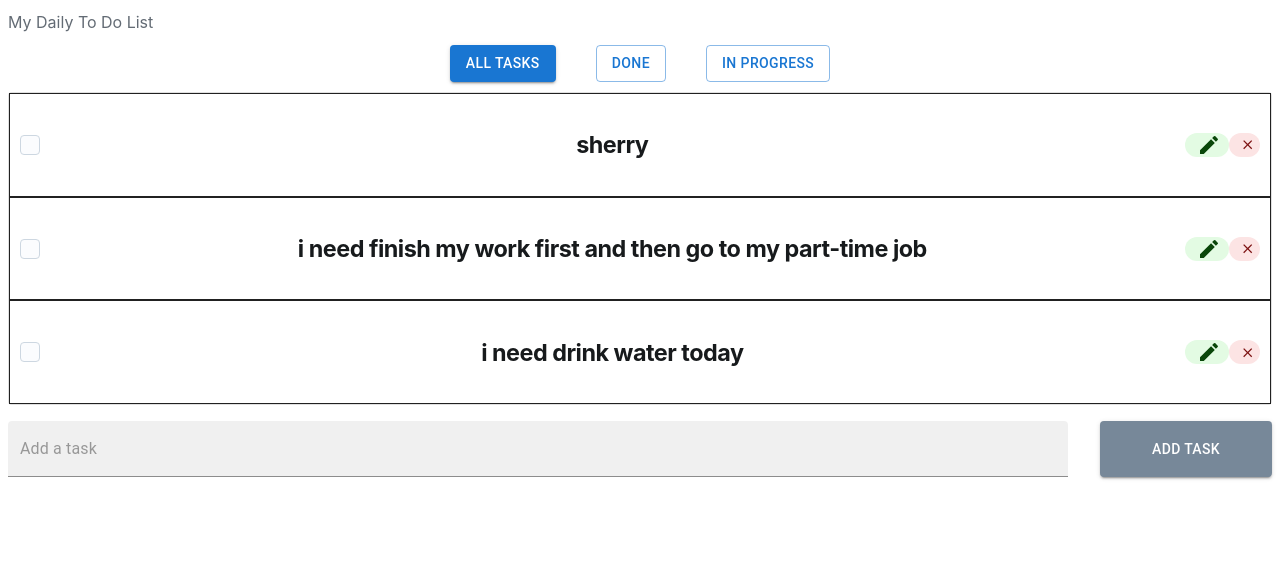
Repository: Tracy-maker/TodoList
Page: /
The author's editor kept a copy of each file at every save. The page is drawn from the files as they stood at one save, then again after a run of saves.
The browser window is 1280 px wide. The pictures show the whole page.
The project was rebuilt for these pictures with package versions that can differ from the ones it lists, and the page was loaded fresh each time. Requests to the local data server were answered from the project's data file. Also part of the build but not shown: src/components/TaskEdit.js.

Above is the page before, as saved 2023-09-06 14:49:49.

### src/App.js
import { useState, useEffect } from "react";
import axios from "axios";
import CreateTask from "./components/CreateTask";
import TaskList from "./components/TaskList";
import { Box } from "@mui/material";
import styled from "styled-components";
import Typography from "@mui/joy/Typography";
import TaskButton from "./components/TaskButton";

const TaskForm = styled(Box)`
  display: flex;
  flex-direction: column;
  justify-content: space-between;
  align-items: stretch;
`;
function App() {
  const [tasks, setTasks] = useState([]);
  const [filter, setFilter] = useState("all");

  const fetchTask = async () => {
    const response = await axios.get("http://localhost:3001/tasks");
    setTasks(response.data);
  };

  useEffect(() => {
    fetchTask();
  }, []);

  const createTask = async (title) => {
    const response = await axios.post("http://localhost:3001/tasks", {
      title,
      status: "inProgress",
    });
    const updatedTasks = [...tasks, response.data];
    setTasks(updatedTasks);
  };

  const deleteTasksById = async (id) => {
    await axios.delete(`http://localhost:3001/tasks/${id}`);
    const updatedTasks = tasks.filter((task) => {
      return task.id !== id;
    });
    setTasks(updatedTasks);
  };

  const editTaskById = async (id, newTitle) => {
    const response = await axios.put(`http://localhost:3001/tasks/${id}`, {
      title: newTitle,
    });

    const updatedTasks = tasks.map((task) => {
      if (task.id === id) {
        return {
          ...task,
          ...response.data,
        };
      }
      return tasks;
    });
    setTasks(updatedTasks);
  };

  const handleFilterTasks = (filter) => {
    setFilter(filter);
  };

  let filteredTasks = tasks;
  if (filter !== "all") {
    filteredTasks = tasks.filter((task) => task.status === filter);
  }

  const toggleCheckedBoxById = (id) => {
    const updatedTasks = tasks.map((task) => {
      if (task.id === id) {
        let nextStatus;
        if (task.status === "done") {
          nextStatus = "inProgress";
        } else {
          nextStatus = "done";
        }
        return {
          ...task,
          status: nextStatus,
        };
      }
      return task;
    });
    setTasks(updatedTasks);
  };

  return (
    <>
      <Typography variant="h1">My Daily To Do List</Typography>
      <TaskForm>
        <TaskButton defaultValue={filter} onFilterChange={handleFilterTasks} />
        <TaskList
          toggleCheckedBoxById={toggleCheckedBoxById}
          tasks={filteredTasks}
          onDelete={deleteTasksById}
          onEdit={editTaskById}
        />
        <CreateTask onCreate={createTask} />
      </TaskForm>
    </>
  );
}
export default App;

### src/components/CreateTask.js
import * as React from "react";
import Stack from "@mui/material/Stack";
import TextField from "@mui/material/TextField";
import Button from "@mui/material/Button";
import { useState } from "react";


function CreateTask(props) {
  const [title, setTitle] = useState("");

  const handleChange = (event) => {
    setTitle(event.target.value);
  };

  const handleSubmit = (event) => {
    event.preventDefault();
    if (title.trim() !== "") {
      props.onCreate(title);
      setTitle("");
    }
  };

  return (
    <Stack onSubmit={handleSubmit} component="form" direction="row" spacing={4}>
      <TextField
        value={title}
        onChange={handleChange}
        fullWidth
        hiddenLabel
        placeholder="Add a task"
        variant="filled"
      />
      <Button
        sx={{
          width: "25ch",
          backgroundColor: "#778899",
        }}
        type="submit"
        variant="contained"
      >
        Add Task
      </Button>
    </Stack>
  );
}

export default CreateTask;

### src/components/TaskList.js
import * as React from "react";
import { Paper, Box } from "@mui/material";
import TaskShow from "./TaskShow";



function TaskList(props) {

  const renderedTasksList = props.tasks.map((task) => {
    return (
      <TaskShow
        key={task.id}
        task={task}
        onDelete={props.onDelete}
        onEdit={props.onEdit}
        toggleCheckedBoxById={props.toggleCheckedBoxById}
      />
    );
  });

  return (
    <Box mb={2}>
      <Paper variant="outlined">{renderedTasksList}</Paper>
    </Box>
  );
}
export default TaskList;

### src/components/TaskButton.js
import * as React from "react";
import { Box, Button } from "@mui/material";
import styled from "styled-components";

const ButtonNavigationBar = styled(Box)`
  display: flex;
  justify-content: center;
  gap: 40px;
  padding: 10px;
`;

function TaskButton(props) {
  return (
    <ButtonNavigationBar>
      <Button
        variant={props.defaultValue === "all" ? "contained" : "outlined"}
        onClick={() => props.onFilterChange("all")}
      >
        All Tasks
      </Button>
      <Button
        variant={props.defaultValue === "done" ? "contained" : "outlined"}
        onClick={() => props.onFilterChange("done")}
      >
        Done
      </Button>
      <Button
        variant={props.defaultValue === "inProgress" ? "contained" : "outlined"}
        onClick={() => props.onFilterChange("inProgress")}
      >
        In Progress
      </Button>
    </ButtonNavigationBar>
  );
}
export default TaskButton;

### src/components/TaskShow.js
import * as React from "react";
import { useState } from "react";
import Typography from "@mui/joy/Typography";
import Checkbox from "@mui/joy/Checkbox";
import Chip from "@mui/joy/Chip";
import ChipDelete from "@mui/joy/ChipDelete";
import styled from "styled-components";
import { Box } from "@mui/material";
import EditIcon from "@mui/icons-material/Edit";
import TaskEdit from "./TaskEdit";

const TaskItem = styled(Box)`
  display: flex;
  justify-content: space-between;
  align-items: center;
  padding: 10px;
  border-style: solid;
  border-width: 1px;
`;

const Title = styled(Typography)`
  text-decoration: ${({ isDeleted }) => (isDeleted ? "line-through" : "none")};
`;

function TaskShow(props) {
  const [showEdit, setShowEdit] = useState(false);

  const handleEdit = () => {
    setShowEdit(!showEdit);
  };

  const handleSubmit = (id, newTitle) => {
    setShowEdit(false);
    props.onEdit(id, newTitle);
  };

  let content = <h3>{props.task.title}</h3>;
  if (showEdit) {
    content = <TaskEdit onSubmit={handleSubmit} task={props.task} />;
  }

  const handleDelete = () => {
    props.onDelete(props.task.id);
  };

  const handleCheckboxChange = () => {
    props.toggleCheckedBoxById(props.task.id);
  };

  return (
    <TaskItem>
      <Checkbox
        checked={props.task.status === "done"}
        onChange={handleCheckboxChange}
      />
      <Title isDeleted={props.task.status === "done"} level="h4">
        {content}
      </Title>
      <Box>
        <Chip
          variant="soft"
          color="success"
          onClick={handleEdit}
          endDecorator={<EditIcon />}
        />

        <Chip
          variant="soft"
          color="danger"
          endDecorator={<ChipDelete onClick={handleDelete} />}
        />
      </Box>
    </TaskItem>
  );
}

export default TaskShow;

### db.json
{
  "tasks": [
    {
      "title": "sherry",
      "status": "inProgress",
      "id": 1
    },
    {
      "title": "i need finish my work first and then go to my part-time job",
      "status": "inProgress",
      "id": 2
    },
    {
      "title": "i need drink water today",
      "status": "inProgress",
      "id": 3
    }
  ]
}

### src/components/TaskManager.js
import * as React from "react";
import { Paper, Box, Button } from "@mui/material";
import TaskShow from "./TaskShow";
import styled from "styled-components";

const ButtonNavigationBar = styled(Box)`
  display: flex;
  justify-content: center;
  gap: 40px;
  padding: 10px;
`;

function TaskManager(props) {
  const renderedTasksList = props.tasks.map((task) => {
    return (
      <TaskShow
        key={task.id}
        task={task}
        onDelete={props.onDelete}
        onEdit={props.onEdit}
        toggleCheckedBoxById={props.toggleCheckedBoxById}
      />
    );
  });

  return (
    <>
      <ButtonNavigationBar>
        <Button
          variant={props.defaultValue === "all" ? "contained" : "outlined"}
          onClick={() => props.onFilterChange("all")}
        >
          All Tasks
        </Button>
        <Button
          variant={props.defaultValue === "done" ? "contained" : "outlined"}
          onClick={() => props.onFilterChange("done")}
        >
          Done
        </Button>
        <Button
          variant={
            props.defaultValue === "inProgress" ? "contained" : "outlined"
          }
          onClick={() => props.onFilterChange("inProgress")}
        >
          In Progress
        </Button>
      </ButtonNavigationBar>
      <Box mb={2}>
        <Paper variant="outlined">{renderedTasksList}</Paper>
      </Box>
    </>
  );
}

export default TaskManager;

Loaded but not shown: public/index.html (common file); src/index.js (common file)

After the next 2 saves:
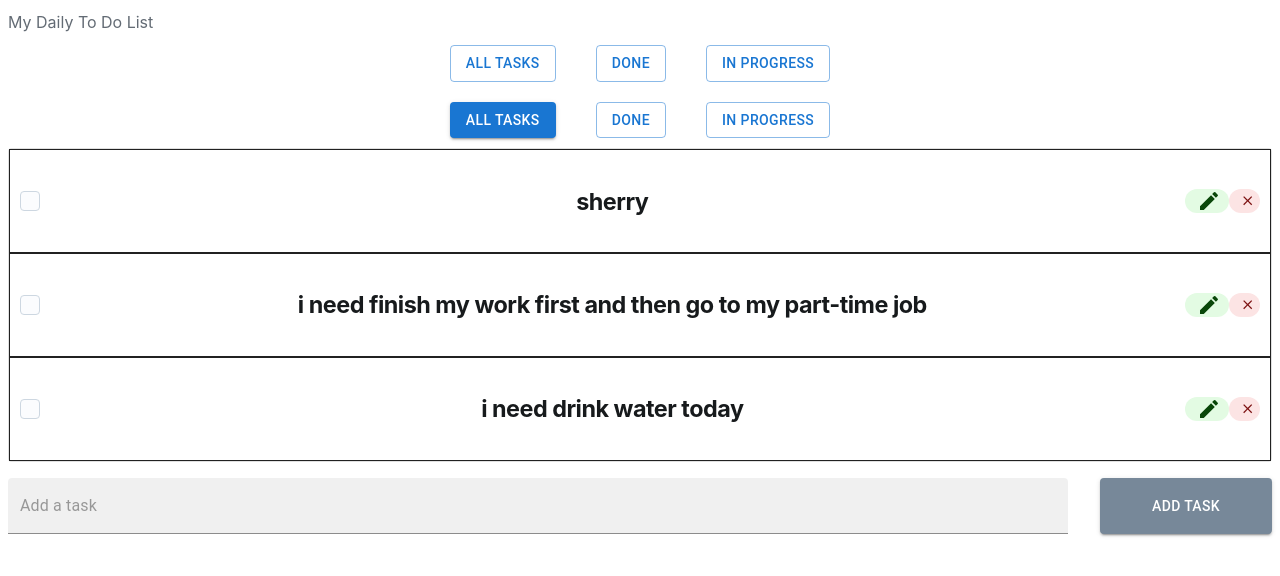
The 2 saves are shown as one change because 1 did not build or start.
The last was saved 5 min 42 s later.
--- a/src/App.js
+++ b/src/App.js
@@ -1,7 +1,7 @@
 import { useState, useEffect } from "react";
 import axios from "axios";
 import CreateTask from "./components/CreateTask";
-import TaskList from "./components/TaskList";
+import TaskManager from "./components/TaskManager";
 import { Box } from "@mui/material";
 import styled from "styled-components";
 import Typography from "@mui/joy/Typography";
@@ -92,8 +92,10 @@
     <>
       <Typography variant="h1">My Daily To Do List</Typography>
       <TaskForm>
-        <TaskButton defaultValue={filter} onFilterChange={handleFilterTasks} />
-        <TaskList
+        <TaskButton />
+        <TaskManager
+          defaultValue={filter}
+          onFilterChange={handleFilterTasks}
           toggleCheckedBoxById={toggleCheckedBoxById}
           tasks={filteredTasks}
           onDelete={deleteTasksById}

After the save that followed:
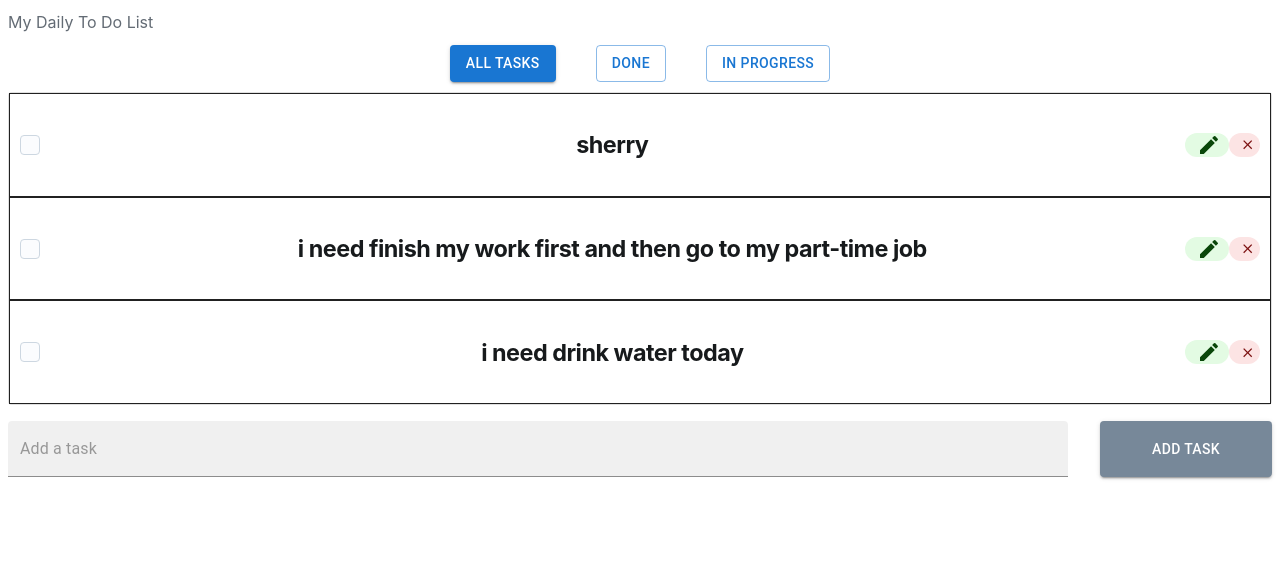
Saved 105 s later.
--- a/src/App.js
+++ b/src/App.js
@@ -5,7 +5,6 @@
 import { Box } from "@mui/material";
 import styled from "styled-components";
 import Typography from "@mui/joy/Typography";
-import TaskButton from "./components/TaskButton";
 
 const TaskForm = styled(Box)`
   display: flex;
@@ -92,7 +91,6 @@
     <>
       <Typography variant="h1">My Daily To Do List</Typography>
       <TaskForm>
-        <TaskButton />
         <TaskManager
           defaultValue={filter}
           onFilterChange={handleFilterTasks}
